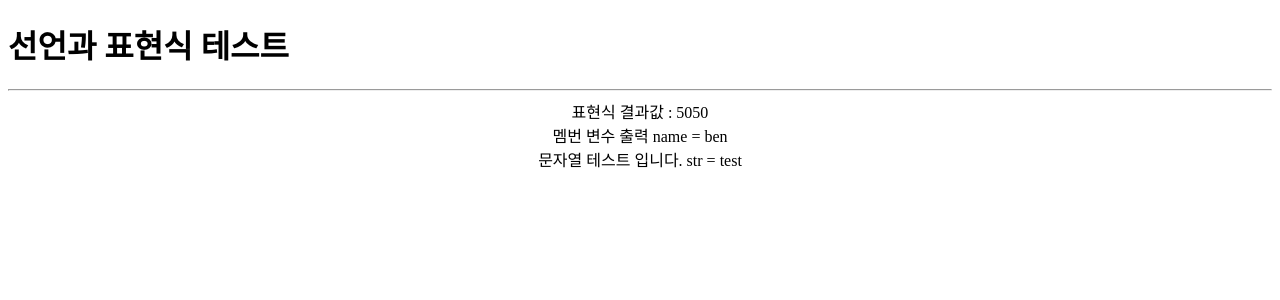
Repository: HyeonbinSa/JSPBook
Page: http://localhost/jspbook/ch05/declaration.jsp
The author's editor kept a copy of each file at every save. The page is drawn from the files as they stood at one save, then again after the next save.
The browser window is 1280 px wide. The pictures show the whole page.
The page is served by Tomcat 9. Other server files are loaded and not shown.

Above is the page before, as saved 2020-01-02 08:17:42.

### jspbook/WebContent/ch05/declaration.jsp
<%@ page language="java" contentType="text/html; charset=UTF-8"
    pageEncoding="UTF-8"%>
<%!
	int sum = 0;
	String name = "ben";
	String str = "test";
	public int sum(){
		for(int i = 1; i<=100 ; i++){
			sum += i;
		}
		return sum;
	}
%>
<!DOCTYPE html>
<html>
<head>
<meta charset="UTF-8">
<title>선언과 표현식</title>
</head>
<body>
<h1>선언과 표현식 테스트</h1>
<hr>
<div align="center">
표현식 결과값 : <%= sum() %>
<br>
멤번 변수 출력 name = <%= name %>
<br><%= "문자열 테스트 입니다. str = " + str %>
</div>
</body>
</html>

After the next save:
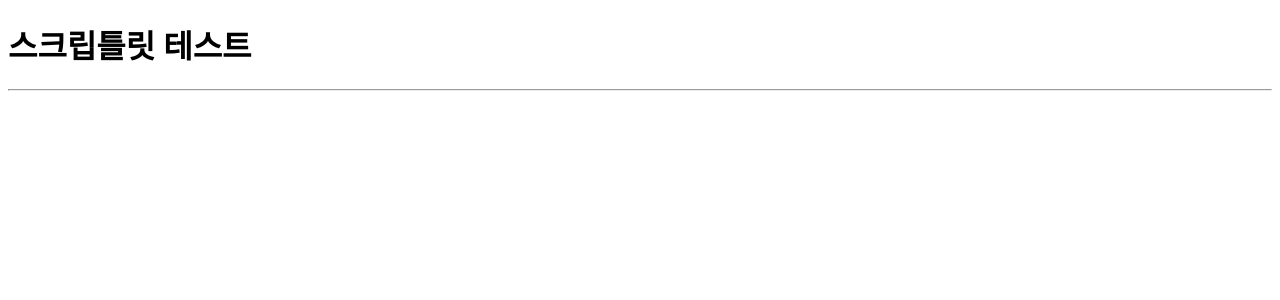
Saved 17 min 50 s later.
--- a/jspbook/WebContent/ch05/declaration.jsp
+++ b/jspbook/WebContent/ch05/declaration.jsp
@@ -1,30 +1,21 @@
 <%@ page language="java" contentType="text/html; charset=UTF-8"
     pageEncoding="UTF-8"%>
-<%!
-	int sum = 0;
-	String name = "ben";
-	String str = "test";
-	public int sum(){
-		for(int i = 1; i<=100 ; i++){
-			sum += i;
-		}
-		return sum;
-	}
-%>
 <!DOCTYPE html>
 <html>
 <head>
 <meta charset="UTF-8">
-<title>선언과 표현식</title>
+<title>스크립틀릿</title>
 </head>
 <body>
-<h1>선언과 표현식 테스트</h1>
+<h1>스크립틀릿 테스트</h1>
 <hr>
 <div align="center">
-표현식 결과값 : <%= sum() %>
-<br>
-멤번 변수 출력 name = <%= name %>
-<br><%= "문자열 테스트 입니다. str = " + str %>
+<%
+	int sum = 0;
+	for(int i = 1; i<=100 ; i++){
+		sum += i;
+	}
+%>
 </div>
 </body>
 </html>
